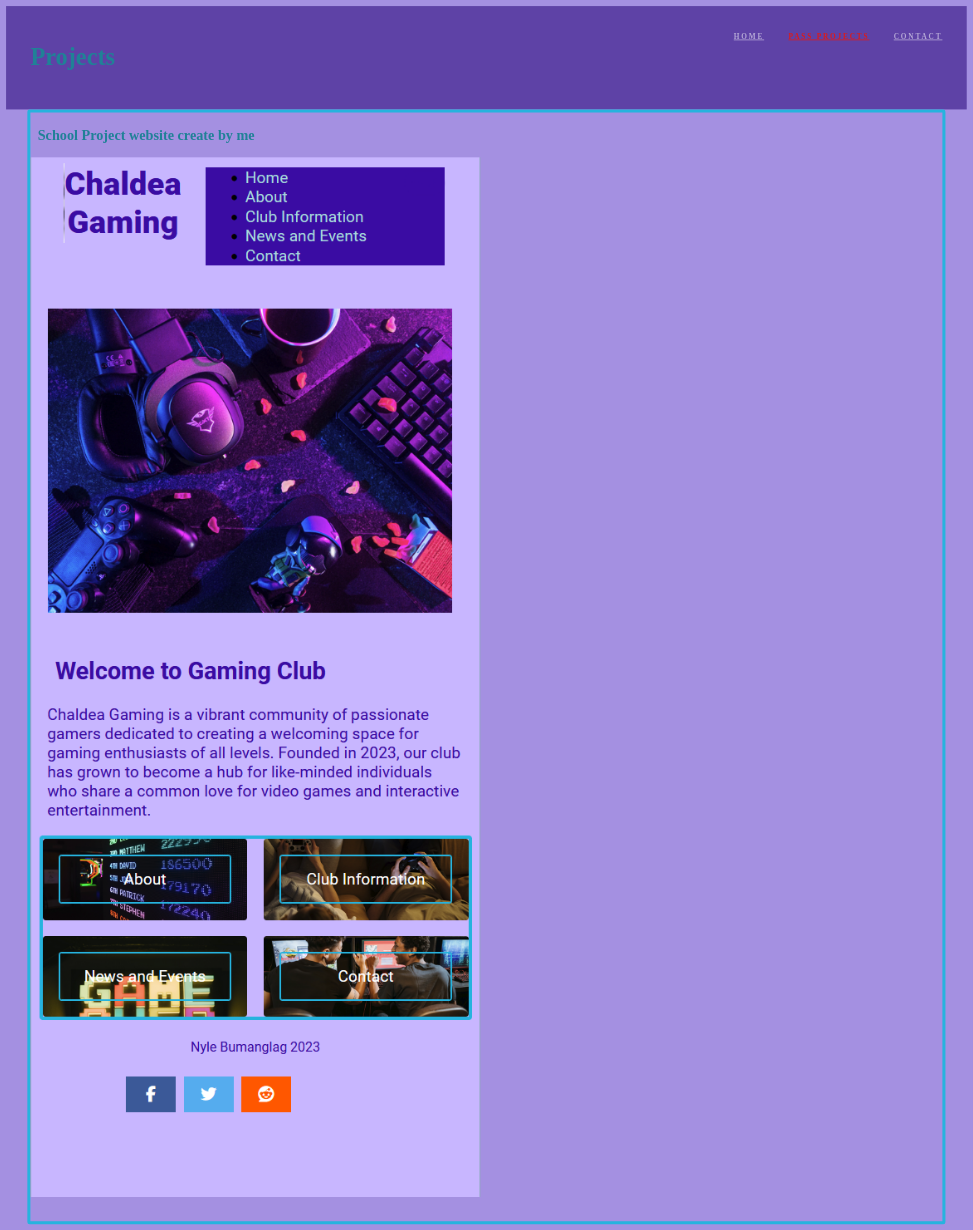
Repository: NyleNC/main
Page: projects.html
The author's editor kept a copy of each file at every save. The page is drawn from the files as they stood at one save, then again after the next save.
The browser window is 1280 px wide. The pictures show the whole page, at 76% of full size.

Above is the page before, as saved 2024-11-07 00:39:07.

After the next save:
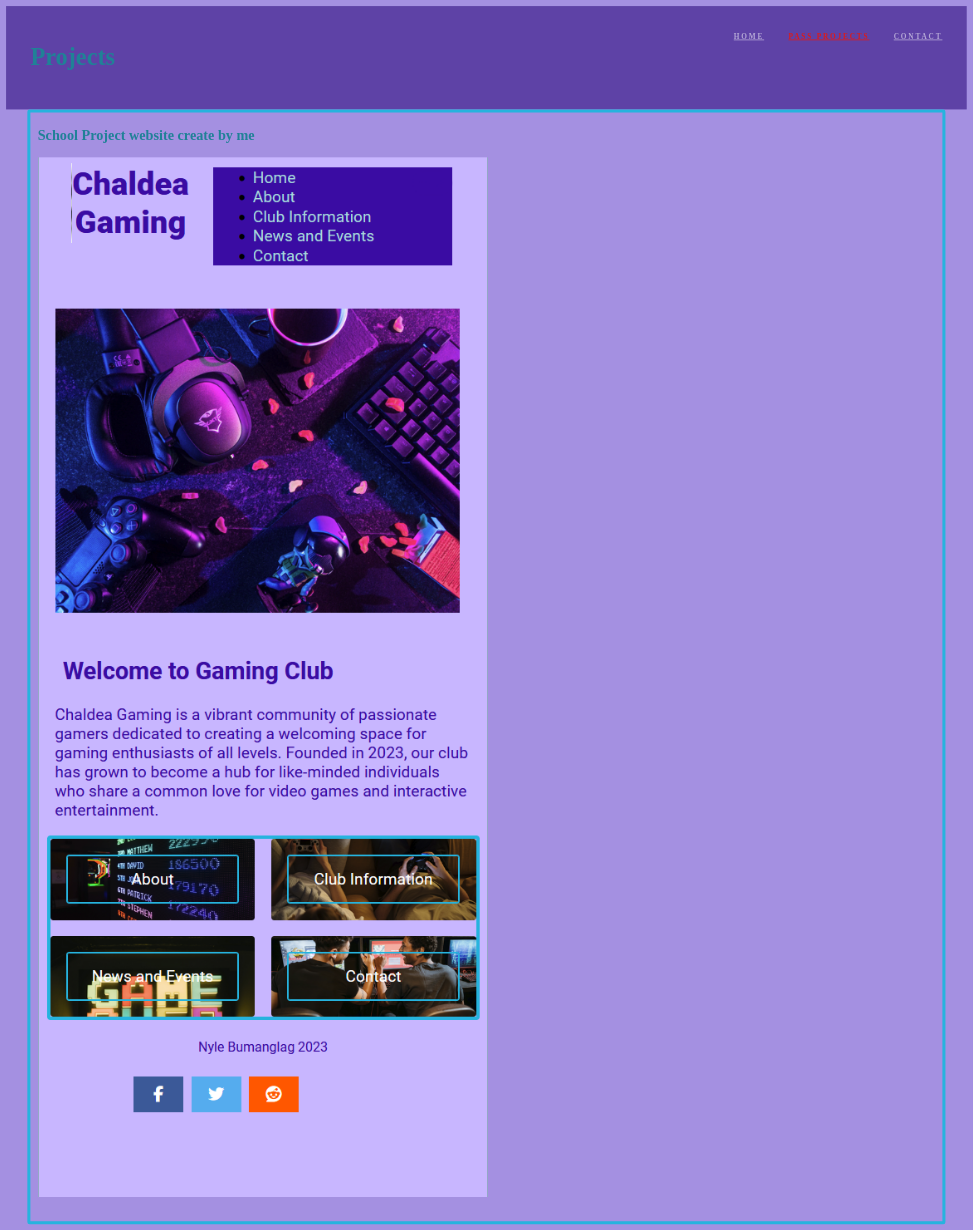
Saved 8 s later.
--- a/style.css
+++ b/style.css
@@ -74,6 +74,6 @@ color: #dd1a1a;
     border: 4px solid #26b3de;
     border-radius:3px;
 }
-.container h3{
+.container h3 , img{
     padding-left: 10px;
 }
